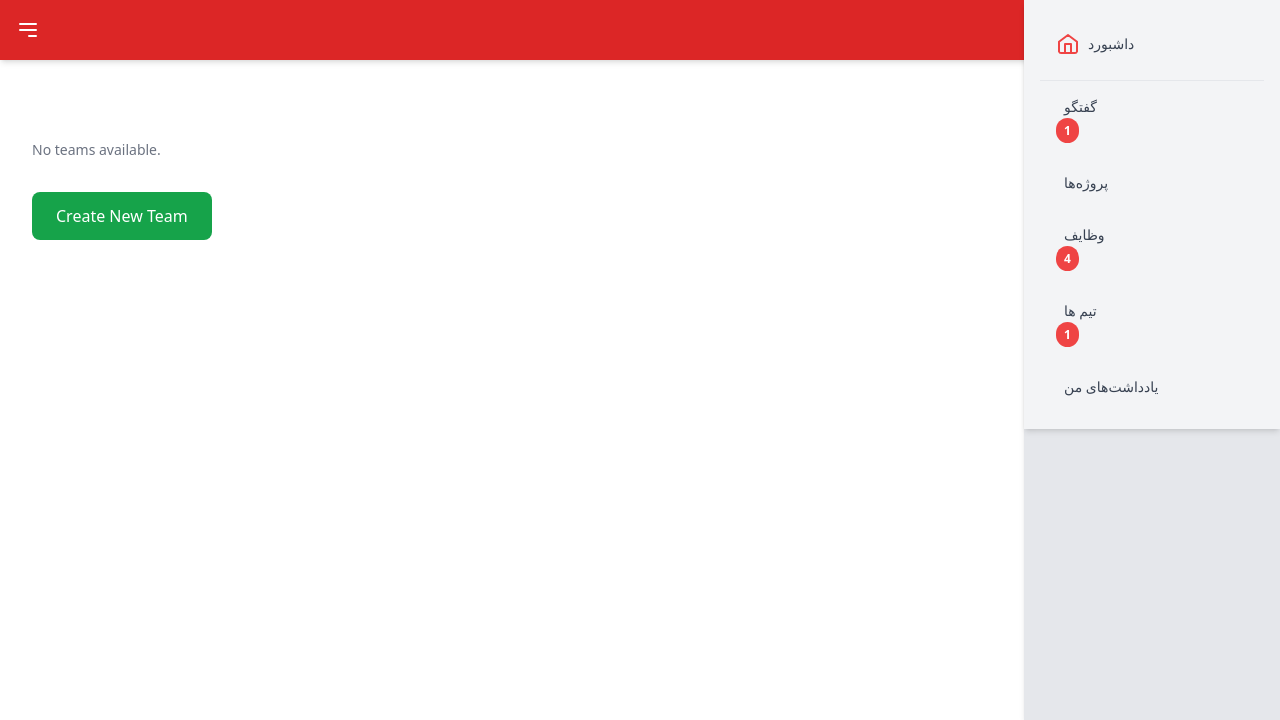
Repository: spnovaa/work-hive
Page: /teams (app in front_end/)
An editor plug-in stored every save of this project. The page is shown before and after the next save, followed by the edit.
The browser window is 1280 px wide. The pictures show the whole page.
The page's requests for data from a server got no answer. The project was rebuilt for these pictures with package versions that can differ from the ones it lists, and the page was loaded fresh each time. No one was signed in, and anything a server would have sent is missing. Also part of the build but not shown: front_end/src/api/auth.js, front_end/src/components/loadingSpinner.jsx, front_end/src/pages/login.jsx, front_end/src/pages/registration.jsx, front_end/src/components/profile/profileSettingsModal.jsx, front_end/src/components/profile/dropdown.jsx, front_end/src/components/profile/profileSection.jsx, front_end/src/pages/home.jsx and 10 more.

Above is the page before, as saved 2025-01-18 13:32:18.

After the next save:
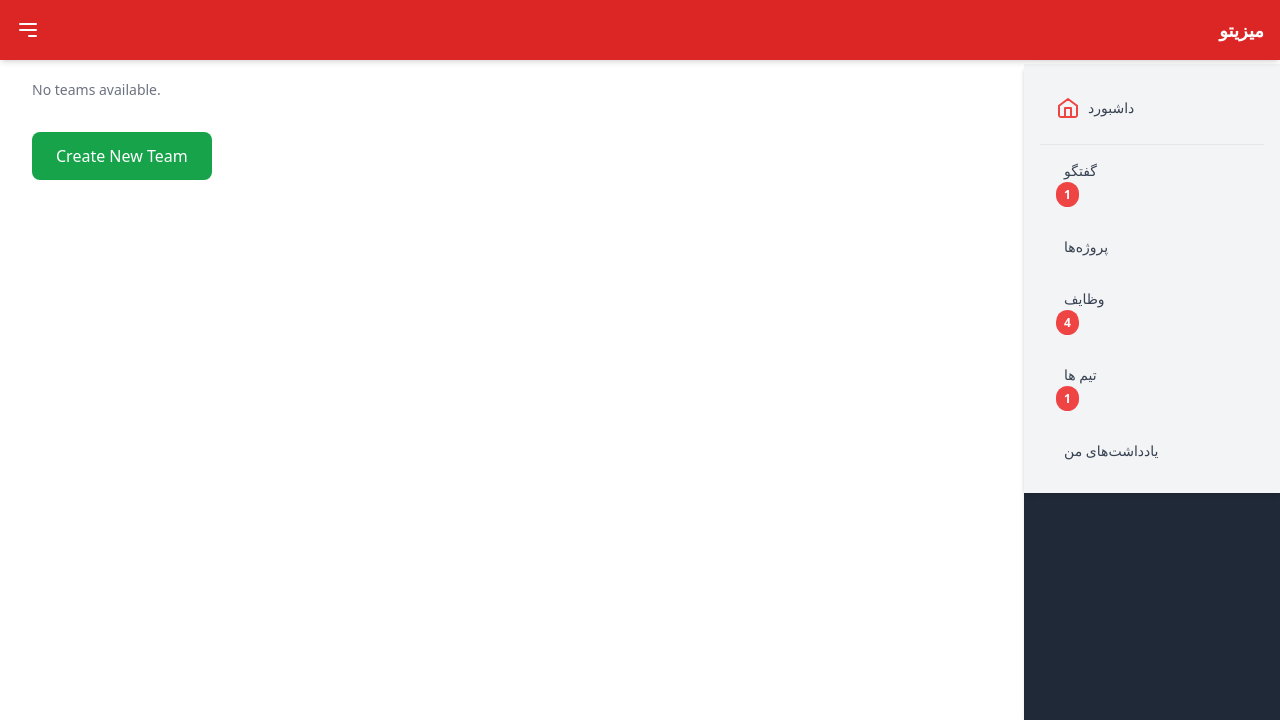
Saved 6 min 38 s later.
--- a/front_end/src/App.jsx
+++ b/front_end/src/App.jsx
@@ -1,4 +1,4 @@
-import React from 'react';
+import React, { useState } from 'react';
 import { BrowserRouter as Router, Routes, Route } from 'react-router-dom';
 import Login from './pages/login';
 import Registration from './pages/registration';
@@ -10,19 +10,36 @@ import DashboardSidebar from './components/dashboardSidebar';
 import TaskPage from './components/task/taskPage.jsx';
 import TeamList from './components/team/teamList.jsx';
 import TopBar from './components/topBar.jsx';
+
 function App() {
+  const [sidebarVisible, setSidebarVisible] = useState(true);
+
+  const toggleSidebar = () => {
+    setSidebarVisible((prev) => !prev);
+  };
+
   return (
     <Router>
       <div className="flex flex-col h-screen">
-        <div className="w-full bg-red-600 shadow-md">
-          <TopBar />
+        {/* Top Bar */}
+        <div className="w-full bg-red-600 shadow-md fixed top-0 z-20">
+          <TopBar toggleSidebar={toggleSidebar} />
         </div>
 
         <div className="flex flex-grow">
-          <div className="w-64 bg-gray-200 fixed top-0 bottom-0 right-0 z-10 shadow-md">
-            <DashboardSidebar />
-          </div>
-          <div className="flex-grow pr-64 pt-16 p-4">
+          {/* Sidebar */}
+          {sidebarVisible && (
+            <div className="w-64 bg-gray-800 fixed top-16 bottom-0 right-0 z-10 shadow-md">
+              <DashboardSidebar />
+            </div>
+          )}
+
+          {/* Main Content */}
+          <div
+            className={`flex-grow ${
+              sidebarVisible ? 'pr-64' : ''
+            } pt-16 p-4 transition-all duration-300`}
+          >
             <Routes>
               <Route path="/login" element={<Login />} />
               <Route path="/register" element={<Registration />} />
